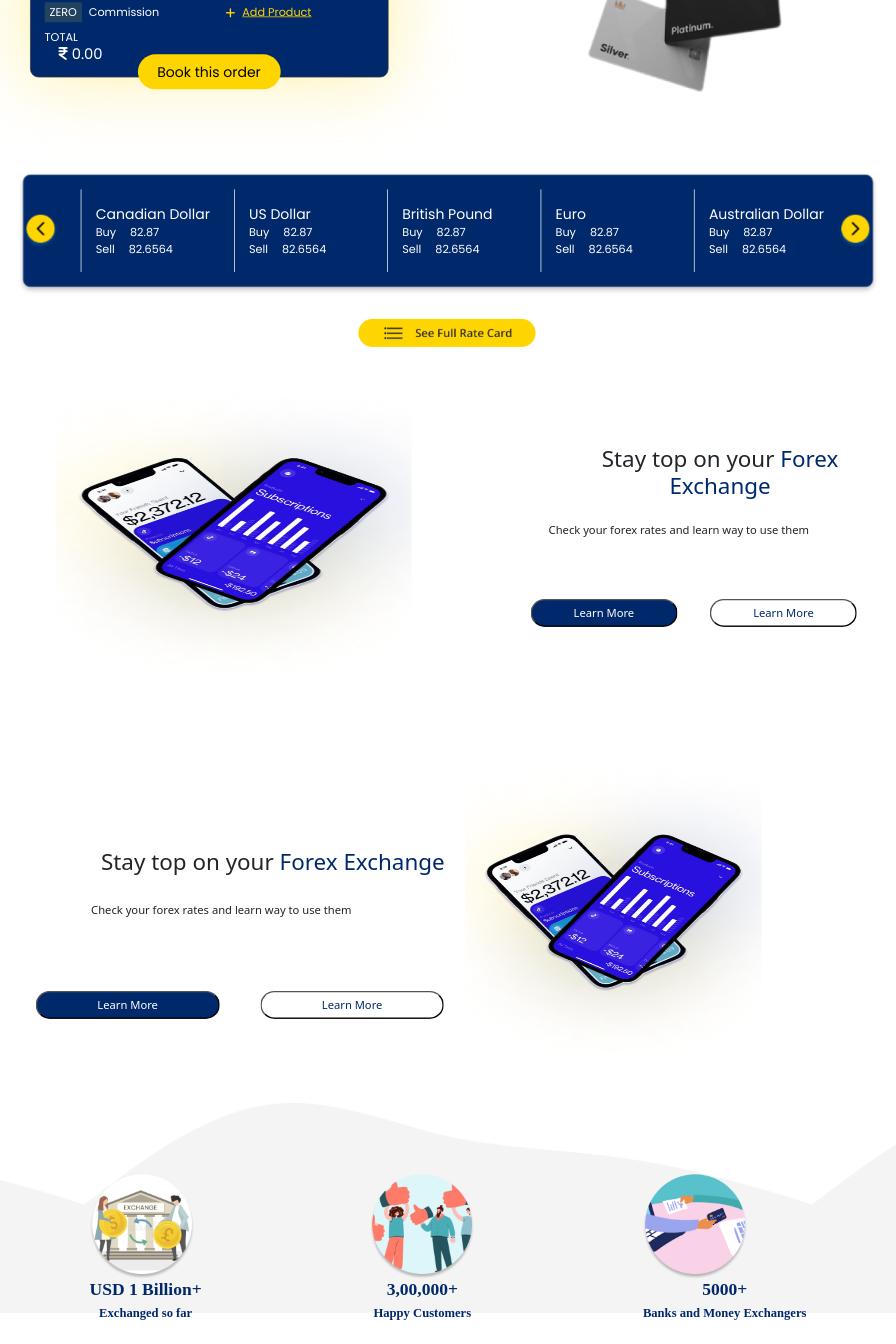
Repository: FlyweisReact/Akshadeep-latest
Page: /
The author's editor kept a copy of each file at every save. The page is drawn from the files as they stood at one save, then again after the next save.
The browser window is 1280 px wide. The pictures show the part of the page from y = 491 to 2411 px (the page is 4489 px tall before and 4533 px after), at 70% of full size.
Some web libraries are served in a nearby version. The project was rebuilt for these pictures with package versions that can differ from the ones it lists, and the page was loaded fresh each time. Also part of the build but not shown: src/components/exchange.jsx, src/components/order_p1.jsx, src/components/order_p2.jsx, src/components/faas.jsx, src/components/offer.jsx, src/components/main2.jsx, src/components/home.jsx, src/components/slider.jsx and 6 more.

Above is the page before, as saved 2023-05-23 15:38:32.

### public/index.html
<!DOCTYPE html>
<html lang="en">
  <head>
    <meta charset="utf-8" />
    <link rel="icon" href="%PUBLIC_URL%/favicon.ico" />
    <meta name="viewport" content="width=device-width, initial-scale=1" />
    <meta name="theme-color" content="#000000" />
    <meta
      name="description"
      content="Web site created using create-react-app"
    />
    <link rel="apple-touch-icon" href="%PUBLIC_URL%/logo192.png" />

    <link rel="manifest" href="%PUBLIC_URL%/manifest.json" />
    <link rel="stylesheet" href="https://cdnjs.cloudflare.com/ajax/libs/font-awesome/5.15.3/css/all.min.css" />
    <link href="https://cdn.jsdelivr.net/npm/bootstrap@5.3.0-alpha1/dist/css/bootstrap.min.css" rel="stylesheet" integrity="sha384-GLhlTQ8iRABdZLl6O3oVMWSktQOp6b7In1Zl3/Jr59b6EGGoI1aFkw7cmDA6j6gD" crossorigin="anonymous">
    <title>React App</title>
  </head>
  <body>
    <noscript>You need to enable JavaScript to run this app.</noscript>
    <div id="root"></div>
    <script src="https://kit.fontawesome.com/b533b351e4.js" crossorigin="anonymous"></script>
  </body>
</html>

### src/components/Main.jsx
/** @format */

import React from "react";
import Navbar from "./navbar";
import "react-responsive-carousel/lib/styles/carousel.min.css";
import BottomCont from "./bottom_cont";
import Footer from "./footer";
import img from "../Images/a-7.png";
import img4 from "../Images/a-57.png";
import img5 from "../Images/a-58.png";
import UpperForm from "./Component/Index/UpperForm";
import UpperSlider from "./Component/Index/UpperSlider";
import CurrencySlider from "./Component/Index/CurrencySlider";

function Main() {
  return (
    <>
      <Navbar />

      <div  className="upper-two-component">
        <div className="left-component">
          <UpperForm />
        </div>
        <div className="right-component">
          <UpperSlider />
        </div>
      </div>


      <div className="Index-currency_cont">
      <CurrencySlider />
      </div>







      <div className="main-mid-2-cont">
        <img src={img5} alt="" />
      </div>
      <div className="main-2-cont">
        <div className="main-2-left">
          <img src={img} alt="" />
        </div>
        <div className="main-2-right">
          <h2>
            Stay top on your <spam className="sp">Forex Exchange</spam>
          </h2>
          <p>Check your forex rates and learn way to use them</p>
          <div className="main-2-r-btn">
            <button className="main-2l-btn">Learn More</button>
            <button className="main-2r-btn">Learn More</button>
          </div>
        </div>
      </div>
      <div className="main-3-cont">
        <div className="main-3-left">
          <h2>
            Stay top on your <spam className="sp">Forex Exchange</spam>
          </h2>
          <p>Check your forex rates and learn way to use them</p>
          <div className="main-2-r-btn">
            <button className="main-2l-btn">Learn More</button>
            <button className="main-2r-btn">Learn More</button>
          </div>
        </div>
        <div className="main-3-right">
          <img src={img} alt="" />
        </div>
      </div>
      <BottomCont />
      <Footer />
    </>
  );
}

export default Main;

### src/Style/Header.css
/** @format */

.Sticky-Header-Companent {
  height: 100%;
  background-color: var(--white);
  position: sticky;
  top: 0;
  z-index: 999;
  padding: 20px;
  transition: box-shadow 0.3s ease;
}

.scrolled {
  box-shadow: rgba(0, 0, 0, 0.24) 0px 3px 8px;
}

.Header {
  width: 100%;
  display: flex;
  justify-content: space-between;
  align-items: center;
}

.Header .left-component a {
  font-family: InterFont;
  font-size: 2rem;
  color: #000000;
  cursor: pointer;
  text-decoration: none;
}

.Header .right-component {
  display: flex;
  gap: 20px;
}
.Header .right-component .btn1 {
  font-weight: 500;
  font-size: var(--medium-font);
  color: var(--black);
  background-color: transparent;
  border: none;
}
.Header .right-component .btn2 {
  font-size: var(--medium-font);
  color: var(--white);
  background-color : #00296B;
  border: 1px solid #00296B;
  padding: 10px;
  width: 200px;
  border-radius: var(--half-border);
}

/* Category Drop- Down */
.Drop-Category-Bar {
  display: flex;
  align-items: center;
}
.Drop-Category-Bar .left-container {
  width: 20%;
  padding: 20px;
}

.Drop-Category-Bar .right-Container {
  display: flex;
  width: 60%;
  justify-content: space-evenly;
}

.Drop-Category-Bar .left-container i {
  font-size: var(--medium-font);
  cursor: pointer;
}
.Drop-Category-Bar .right-Container #dropdown-basic {
  border: none;
  font-size: var(--medium-font);
  font-style: normal;
  line-height: 29px;
  color: #333131;
}
.Drop-Category-Bar .right-Container #dropdown-button-drop-end {
  width: 100%;
  display: flex;
  justify-content: space-between;
  gap: 20px;
  align-items: center;
  font-size: var(--small-font);
  border: none;
}
.Drop-Category-Bar .right-Container .dropdown-item {
  width: 100%;
  font-size: var(--small-font);
  border: none;
  padding-left: 12px;
}

/* FullScreen Offcanvas */
.offcanvas.offcanvas-start {
  width: 100% !important;
  background-color: transparent;
}
.offcanvas-backdrop.show {
  opacity: 0.9 !important;
}
.Offcanvas-Menu {
  position: relative;
  padding: 20px;
}
.Offcanvas-Menu .fa-x {
  font-size: var(--medium-font);
  color: #fff;
  position: absolute;
  right: 20px;
  top: 20px;
  cursor: pointer;
}
.Offcanvas-Menu .Menu-Items {
  display: flex;
  justify-content: space-evenly;
  align-items: center;
  position: absolute;
  top: 50%;
  gap: 20px;
  left: 50%;
  transform: translate(-50%, -50%);
  width: 100%;
  padding-left: 5%;
  padding-right: 5%;
}
.Offcanvas-Menu .Menu-Items div {
  width: 20%;
  cursor: pointer;
}
.Offcanvas-Menu .Menu-Items div img {
  display: block;
  margin: auto;
}
.Offcanvas-Menu .Menu-Items div a {
  text-decoration: none;
}
.Offcanvas-Menu .Menu-Items p {
  font-size: var(--medium-font);
  color: #ffffff;
  text-align: center;
  margin-top: 10px;
  font-family: OpenFont;
  text-decoration: none;
  width: 100%;
}

### src/Style/Layout.css
/* Two Section Component */
.upper-two-component {
    display: flex;
    justify-content: space-evenly;
    padding-top: 20px;
}
.upper-two-component .left-component{
    width: 40%;
}
.upper-two-component .right-component{
    width: 50%;
}

/* Currency Container */
.Index-currency_cont{
    width: 98%;
    margin: auto;
    padding: 20px;
    filter: drop-shadow(0px 4px 4px rgba(0, 0, 0, 0.25));
}

### src/Style/Component.css
/**
 * Upper Form Component
 *
 * @format
 */

.Index-Upper-Form {
  width: 100%;
  padding-top: 20px;
}
.Index-Upper-Form .button-container {
  display: flex;
  align-items: center;
  justify-content: center;
  gap: 10px;
  width: 100%;
}
.Index-Upper-Form .button-container button {
  background-color: #fff;
  color: #333;
  border: 1px solid #ffd500;
  font-size: var(--small-font);
  cursor: pointer;
  padding: 10px;
  width: 20%;
  font-family: OpenFont;
  border-radius: 4px;
  transition: 0.5s;
}
.Index-Upper-Form .button-container button:hover {
  background: #ffd500;
}
.Index-Upper-Form .form-cont {
  width: 100%;
  margin-top: 10px;
  background: #00296b;
  border: 1px solid #333131;
  box-shadow: 0px 0px 100px 8px rgba(255, 213, 0, 0.3);
  border-radius: 12px;
  position: relative;
  padding: 20px;
}
.Index-Upper-Form .form-cont .form-part-1 .two-cont {
  display: flex;
  justify-content: space-between;
  width: 100%;
}
.Index-Upper-Form .form-cont .form-part-1 .two-cont div {
  width: 45%;
}
.Index-Upper-Form .form-cont .form-part-1 .two-cont div label {
  color: var(--white);
  font-size: var(--extra-small-font);
  font-family: PoppinFont;
  line-height: 24px;
  color: #ffffff;
}

.Index-Upper-Form .form-cont .form-part-1 .two-cont div select {
  width: 100%;
  margin-top: 3px;
  outline: none;
  font-size: var(--extra-small-font);
  color: #897f7f;
  font-family: PoppinFont;
  padding: 10px;
  border-radius: 4px;
  border: 1px solid #897f7f;
}
.Index-Upper-Form .form-cont .form-part-1 .rate {
  font-size: 16px;
  line-height: 24px;
  color: #ffffff;
  margin-top: 10px;
  font-family: PoppinFont;
}
.Index-Upper-Form .form-cont .form-part-1 .two-cont div input {
  width: 100%;
  margin-top: 3px;
  outline: none;
  font-size: var(--extra-small-font);
  color: #897f7f;
  font-family: PoppinFont;
  padding: 10px;
  border-radius: 4px;
  border: 1px solid #897f7f;
}
.Index-Upper-Form .form-cont .form-part-1 .two-cont div input::placeholder {
  color: #897f7f;
}
.Index-Upper-Form .form-cont .form-part-1 .two-cont .two-section {
  display: flex;
  gap: 10px;
  color: var(--white);
  margin-top: 10px;
  align-items: center;
}
.Index-Upper-Form .form-cont .form-part-1 .two-cont .two-section p {
  margin: 0;
  font-family: PoppinFont;
}
.Index-Upper-Form .form-cont .form-part-1 .two-cont .two-section button {
  background-color: #214360;
  outline: none;
  border: 1px solid #214360;
  color: var(--white);
  font-family: PoppinFont;
}
.Index-Upper-Form .form-cont .form-part-1 .two-cont .two-section i {
  color: #ffd500;
}
.Index-Upper-Form .form-cont .form-part-1 .two-cont .two-section .add {
  color: #ffd500;
  text-decoration: underline;
}
.Index-Upper-Form .form-cont .ord-btn {
  font-size: var(--medium-font);
  font-family: PoppinFont;
  background: #ffd500;
  border-radius: 30.2748px;
  border: none;
  width: 40%;
  padding: 10px;
  display: block;
  margin: auto;
  position: absolute;
  top: 98%;
  cursor: pointer;
  left: 50%;
  transform: translate(-50%, -50%);
}

/* Slick Slider */
.slick-slider-Cont {
  position: relative;
}
.slick-slider-Cont .Prev-Next_cont {
  display: flex;
  justify-content: space-between;
}
.slick-slider-Cont .Prev-Next_cont .PrevImg {
  position: absolute;
  top: 50%;
  left: 5%;
  transform: translate(-50%, -50%);
  cursor: pointer;
}
.slick-slider-Cont .Prev-Next_cont .NextImg {
  position: absolute;
  top: 50%;
  left: 95%;
  transform: translate(-50%, -50%);
  cursor: pointer;
}

.Slick-Slider {
  height: 100%;
  padding: 20px;
}
.Slick-Slider .slider-container-div {
  width: 100%;
}
.Slick-Slider .slider-container-div p {
  font-family: PoppinFont;
  font-size: 24px;
  line-height: 40px;
  color: #000;
  text-align: center;
  margin: 0;
}
.Slick-Slider .slider-container-div img {
  display: block;
  margin: auto;
}
.Slick-Slider:focus {
  border: none !important;
}
.Slick-Slider:active {
  border: none !important;
}

.Slick-Slider .slider-container-div .two-comp {
  display: flex;
  justify-content: space-evenly;
  gap: 10px;
}
.Slick-Slider .slider-container-div .two-comp .left-comp {
  width: 45%;
  position: relative;
}
.Slick-Slider .slider-container-div .two-comp .left-comp img {
  position: absolute;
  top: 50%;
  left: 50%;
  transform: translate(-50%, -50%);
}
.Slick-Slider .slider-container-div .two-comp .right-comp {
  width: 60%;
}
.Slick-Slider .slider-container-div .two-comp .right-comp div {
  display: flex;
  padding-top: 20px;
  gap: 20px;
  align-items: center;
}
.Slick-Slider .slider-container-div .two-comp .right-comp p {
  margin: 0;
  font-size: var(--extra-small-font);
  line-height: normal;
  width: 90%;
  text-align: left;
}
.Slick-Slider .slider-container-div .two-comp .right-comp i {
  margin: 0;
  background-color: #00a067;
  color: #fff;
  border-radius: 100%;
  padding: 5px;
}


/* Currency-Slider  */
.currency_slider_cont{
  background-color: #00296B;
  border: 1px solid #00296B;
  border-radius: 10px;
  position: relative;
  width: 100%;
}
.currency_slider_cont .currency_slider{
  height: 100%;
  padding: 20px;
  padding-left: 5%;
  padding-right: 5%;
}
.currency_slider_cont .currency_slider:focus {
  border: none !important;
}
.currency_slider_cont .currency_slider:active {
  border: none !important;
}

.currency_slider_cont .currency_slider .Item{
  color: #fff;
  border-right: 1px solid #fff;
  padding: 20px;
  width: 20%;
}
.currency_slider_cont .currency_slider .Item p{
  margin: 0;
}
.currency_slider_cont .currency_slider .Item .head{
  font-family: PoppinFont;
  font-size: var(--medium-font);
}
.currency_slider_cont .currency_slider .Item .two_sec{
  display: flex;
  align-items: center;
  gap: 20px;
}
.currency_slider_cont .currency_slider .Item .two_sec p{
  font-family: PoppinFont;
font-size: var(--extra-small-font);
}
.currency_slider_cont .Prev-Next_cont {
  display: flex;
  justify-content: space-between;
}
.currency_slider_cont .Prev-Next_cont .PrevImg {
  position: absolute;
  top: 50%;
  left: 2%;
  transform: translate(-50%, -50%);
  cursor: pointer;
}
.currency_slider_cont .Prev-Next_cont .NextImg {
  position: absolute;
  top: 50%;
  left: 98%;
  transform: translate(-50%, -50%);
}

.slick-prev:before {
  display: none !important;
}
.slick-next:before{
  display: none
  ;
}

### src/components/navbar.jsx
import Header from "./Layout/Header";

const Navbar = () => {
  return (
    <>
      <Header />

    </>
  );
};

export default Navbar;

### src/components/bottom_cont.jsx
import React from "react";
import img from "../Images/a-33.png";
import img2 from "../Images/a-34.png";
import img3 from "../Images/a-35.png";
import img4 from "../Images/a-36.png";
import img5 from "../Images/a-37.png";
import img6 from "../Images/a-51.png";

const BotCont = () => {
  return (
    <>
      <div className="bot-part-1">
        <div className="bot-cont-imgs">
          <div>
            <img src={img} />
            <h6>USD 1 Billion+</h6>
            <p>Exchanged so far</p>
          </div>
          <div>
            <img src={img2} />
            <h6>3,00,000+</h6>
            <p>Happy Customers</p>
          </div>
          <div>
            <img src={img3} />
            <h6>5000+</h6>
            <p>Banks and Money Exchangers</p>
          </div>
        </div>
      </div>
      <div className="bot-part-3">
        <img src={img6} />
      </div>
      <div className="bot-part-2">
        <h3>Media Mentions</h3>
        <div className="bot-part-2-sub">
          <div className="bot-cont-card">
            <h4>Loren Ipsum Id best Platform out there</h4>
            <p>
              Lorem Ipsum is simply dummy text of the printing and typesetting
              industry. Lorem Ipsum has been the industry's standard dummy text
              ever since the 1500s, when an unknown printer took a galley of
              type and scrambled it to make a type specimen book.
            </p>
            <div className="thin-line"></div>
            <div className="bot-cont-card-2">
              <img src={img4} />
              <p>5 star</p>
            </div>
          </div>
          <div className="bot-cont-card">
            <h4>Loren Ipsum Id best Platform out there</h4>
            <p>
              Lorem Ipsum is simply dummy text of the printing and typesetting
              industry. Lorem Ipsum has been the industry's standard dummy text
              ever since the 1500s, when an unknown printer took a galley of
              type and scrambled it to make a type specimen book.
            </p>
            <div className="thin-line"></div>
            <div className="bot-cont-card-2">
              <img src={img5} style={{height:"40px"}} />
              <p>5 star</p>
            </div>
          </div>
        </div>
      </div>
    </>
  );
};

export default BotCont;

### src/components/footer.jsx
import React from "react";

const Footer = () => {
  return (
    <footer className="footer">
      <div className="footer-cont">
        <div className="foot-row">
          <div className="foot-col">
            <h3>Company</h3>
            <p>About Us</p>
            <p>Contact Us</p>
            <p>Careers</p>
          </div>
          <div className="foot-col">
            <h3>Services</h3>
            <p>Prepaid Travel Card</p>
            <p>Foreign Demand Draft</p>
            <p>Foreign Currency</p>
            <p>Educational Loans</p>
            <p>Remmittance</p>
            <p>Travel Insurance</p>
            <p>Forex as a Service (Faas Solution)</p>
          </div>
          <div className="foot-col">
            <h3>Quick Links</h3>
            <p>FAQs</p>
            <p>Cancellation & Refund Policy</p>
            <p>Forex Rates</p>
            <p>Our Policies</p>
            <p>Terms of Use</p>
            <p>Site Map</p>
            <p>Offers</p>
          </div>
          <div className="foot-col">
            <h3>Insight</h3>
            <p>Blogs</p>
            <p>Press Release</p>
            <p>Foreign Currency</p>
            <p>Educational Loans</p>
            <p>Remmittance</p>
            <p>Travel Insurance</p>
            <p>Forex as a Service (Faas Solution)</p>
          </div>
          <div className="foot-col">
            <h3>Registered Office Address</h3>
            <p>Lorem Ipsum Pvt ltd.</p>
            <p>P-701 to P-705 lorem ipsum , 7th floor, 11th tower, panchsheel primerose, vatista
                , Gurugram, Hariyana
            </p>
            {/*<ul className="social-icons">
              <li>
                <a href="#">
                  <i className="fab fa-facebook-f"></i>
                </a>
              </li>
              <li>
                <a href="#">
                  <i className="fab fa-twitter"></i>
                </a>
              </li>
              <li>
                <a href="#">
                  <i className="fab fa-linkedin"></i>
                </a>
              </li>
              <li>
                <a href="#">
                  <i className="fab fa-instagram"></i>
                </a>
              </li>
            </ul>*/}
          </div>
        </div>
      </div>
      <div className="footer-bottom">
        <p>&copy; 2023 Forex Inc. All Rights Reserved.</p>
      </div>
    </footer>
  );
};

export default Footer;

### src/components/signup.jsx
import Button from "react-bootstrap/Button";
import Modal from "react-bootstrap/Modal";

function MyVerticallyCenteredModal(props) {
  return (
    <Modal
      {...props}
      size="lg"
      aria-labelledby="contained-modal-title-vcenter"
      centered
    >
      <Modal.Body>
        <div className="popupe-container">
          <div className="popupe">
            <span className="close" onClick={props.onHide}>
              &times;
            </span>
            <h2 className="form-title">Register</h2>
            <form>
              <div class="form-groupe">
                <label for="name" className="label-inp">Name</label>
                <input type="text" id="name" name="name" placeholder="Enter your name here" />
              </div>
              <div class="form-groupe">
                <label for="mobile" className="label-inp">Mobile Number</label>
                <input type="email" id="email" name="email" placeholder="Enter your mobile no here"/>
              </div>
              <div class="form-groupe">
                <label for="email" className="label-inp">Email</label>
                <input type="email" id="email" name="email" placeholder="Enter your email here"/>
              </div>
              <button type="submit" className="btn-form-submit">Submit</button>
            </form>
            <h2 className="form-title">Or</h2>
            <div className="form-bot-cont">
              <div className="left-btn">
                  <button className="btn-2">
                  <i class="fab fa-facebook-f fc" ></i>
                  facebook</button>
              </div>
              <div className="right-btn">
                  <button className="btn-2">
                  <i class="fab fa-google-plus-g gl"></i>
                    Google</button>
              </div>
            </div>
            </div>
          </div>
      </Modal.Body>
    </Modal>
  );
}

export default MyVerticallyCenteredModal;

### src/components/login.jsx

import Modal from "react-bootstrap/Modal";

function MyVerticallyCenteredModal(props) {
  return (
    <Modal
      {...props}
      size="lg"
      aria-labelledby="contained-modal-title-vcenter"
      centered
    >
      <Modal.Body>
        <div className="popupe-container">
          <div className="popupe">
            <span className="close" onClick={props.onHide}>
              &times;
            </span>
            <h2 className="form-title">Login</h2>
            <form>
              <div class="form-groupe">
                <label for="name" className="label-inp">Mobile Number/ Email Id</label>
                <input type="text" id="name" name="name" placeholder="Enter mobile number/ email Id" />
              </div>
              <button type="submit" className="btn-form-submit">Submit</button>
            </form>
            </div>
            <h2 className="form-title">Or</h2>
            <div className="form-bot-cont">
              <div className="left-btn">
                  <button className="btn-2">
                  <i class="fab fa-facebook-f fc" ></i>
                  facebook</button>
              </div>
              <div className="right-btn">
                  <button className="btn-2">
                  <i class="fab fa-google-plus-g gl"></i>
                    Google</button>
              </div>
            </div>
          </div>
      </Modal.Body>
    </Modal>
  );
}

export default MyVerticallyCenteredModal;

Loaded but not shown: src/Json/menu.json (187 lines, source omitted); src/components/Component/Index/UpperSlider.js (180 lines, source omitted); src/components/Component/Index/CurrencySlider.js (162 lines, source omitted); src/components/Component/Index/UpperForm.js (74 lines, source omitted); src/components/Layout/DropBar.js (60 lines, source omitted); src/components/Layout/Sidebar.js (70 lines, source omitted); src/App.js (50 lines, source omitted); src/components/Layout/Header.js (56 lines, source omitted); src/index.js (13 lines, source omitted); src/index.css (2406 lines, source omitted)

After the next save:
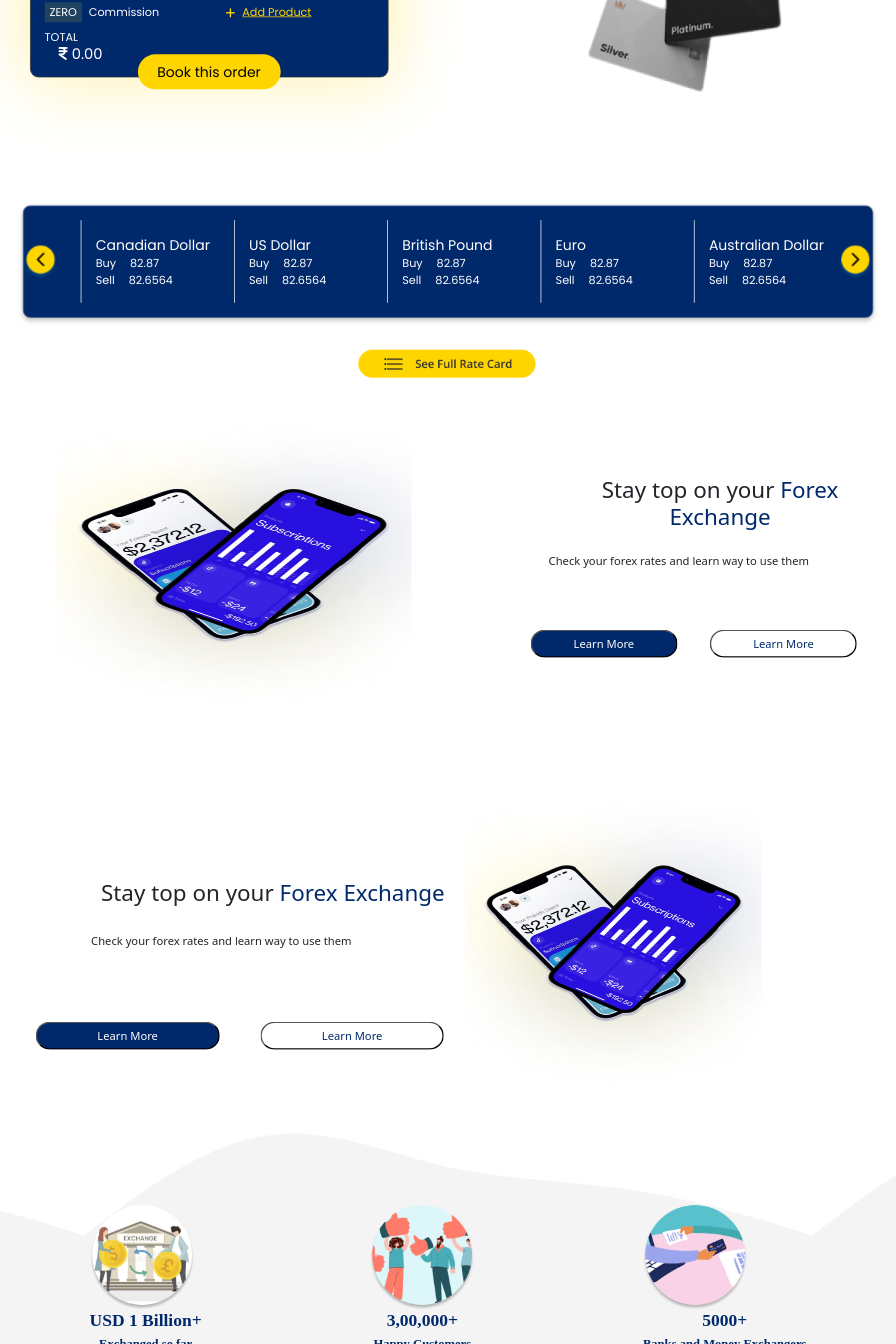
Saved 18 s later.
--- a/src/Style/Layout.css
+++ b/src/Style/Layout.css
@@ -17,4 +17,5 @@
     margin: auto;
     padding: 20px;
     filter: drop-shadow(0px 4px 4px rgba(0, 0, 0, 0.25));
+    padding-top: 5%;
 }
